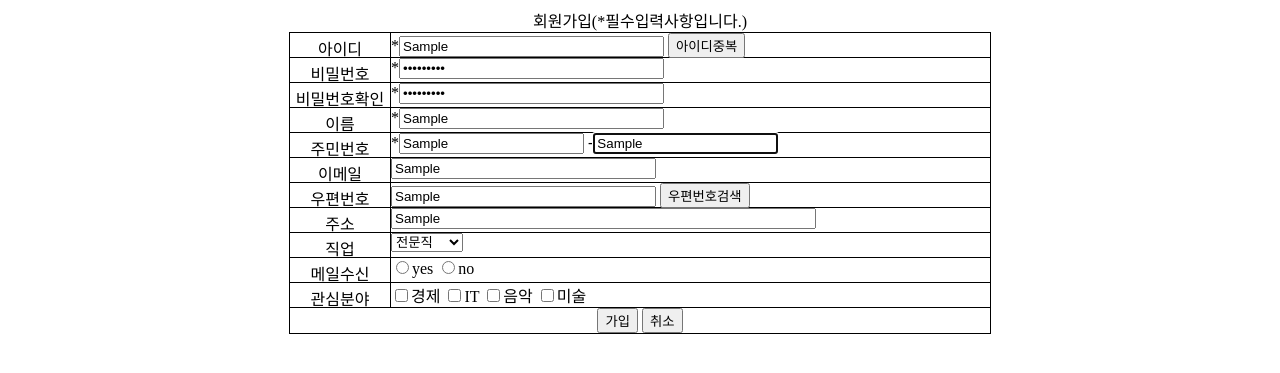
Repository: kms2413/project
Page: http://localhost/homepage/member/register.jsp
These files come from the project's save history. The page is drawn as it stood at one moment and after the next save; the edit follows.
The browser window is 1280 px wide. The pictures show the whole page.
Empty fields were first filled with sample values (such as "Sample", 5 or name@example.com).
After loading, the first visible `form.border_doc` was submitted once.
The page is served by Tomcat 9. Other server files are loaded and not shown.

Above is the page before, as saved 2014-09-15 01:29:25.

### homepage/WebContent/member/register.jsp
<%@ page language="java" contentType="text/html; charset=EUC-KR"
    pageEncoding="EUC-KR"%>
<!DOCTYPE html PUBLIC "-//W3C//DTD HTML 4.01 Transitional//EN" "http://www.w3.org/TR/html4/loose.dtd">
<html>
   <head>
      <meta http-equiv="Content-Type" content="text/html; charset=EUC-KR">
      <title>회원가입</title>
      <script type="text/javascript" src="script.js"></script>
      <link rel="stylesheet" type="text/css" href="style.css"/>
   </head>
   <body>
      <div align="center">
         <div>회원가입(*필수입력사항입니다.)</div>
         <form class=border_doc name="memberForm" action="registerOK.jsp" method="post" onsubmit="return registerForm(this)">
            <div class=border_div>
               <div class=border_box_left>아이디</div>
               <div class=border_box_right>
                  <span>*<input type="text" name="id"  size="30"/></span>
                  <span><input type="button" value="아이디중복" onclick="idCheck(memberForm)"></span>
               </div>
            </div>

            <div class=border_div>
               <div class=border_box_left>비밀번호</div>
               <div class=border_box_right>
                  <span>*<input type="password" name="password"  size="30"/></span>
               </div>
            </div>

            <div class=border_div>
               <div class=border_box_left>비밀번호확인</div>
               <div class=border_box_right>
                  <span>*<input type="password" name="passwordCheck"  size="30"/></span>
               </div>
            </div>

            <div class=border_div>
               <div class=border_box_left>이름</div>
               <div class=border_box_right>
                  <span>*<input type="text" name="name"  size="30"/></span>
               </div>
            </div>

            <div class=border_div>
               <div class=border_box_left>주민번호</div>
               <div class=border_box_right>
                  <span>*<input type="text" name="jumin1"  size="20"/></span>
                  <span>-<input type="text" name="jumin2"  size="20"/></span>
               </div>
            </div>

            <div class=border_div>
               <div class=border_box_left>이메일</div>
               <div class=border_box_right>
                  <span><input type="text" name="email"  size="30"/></span>
               </div>
            </div>

            <div class=border_div>
               <div class=border_box_left>우편번호</div>
               <div class=border_box_right>
                  <span><input type="text" name="zipcode"  size="30"/></span>
                  <span><input type="button" value="우편번호검색"></span>
               </div>
            </div>

            <div class=border_div>
               <div class=border_box_left>주소</div>
               <div class=border_box_right>
                  <span><input type="text" name="address"  size="50"/></span>
               </div>
            </div>

            <div class=border_div>
               <div class=border_box_left>직업</div>
               <div class=border_box_right>
                  <span>
                     <select name="job" style="width:60;">
                        <option value="sp">전문직</option>
                        <option value="engineer">엔지니어</option>
                        <option value="constructor">건설업</option>
                        <option value="student">학생</option>
                     </select>
                  </span>
               </div>
            </div>

            <div class=border_div>
               <div class=border_box_left>메일수신</div>
               <div class=border_box_right>
                  <span><input type="radio" name="mailing" value="yes"/>yes</span>
                  <span><input type="radio" name="mailing"  value="no"/>no</span>
               </div>

               <div class=border_box_left>관심분야</div>
               <div class=border_box_right>
                  <span><input type="checkbox" name="interestValue" value="경제"/>경제</span>
                  <span><input type="checkbox" name="interestValue" value="IT"/>IT</span>
                  <span><input type="checkbox" name="interestValue" value="음악"/>음악</span>
                  <span><input type="checkbox" name="interestValue" value="미술"/>미술</span>
                  <span><input type="hidden" name="interest"/></span>
               </div>
            </div>
            <div class="border_div">
               <span><input type="submit" value="가입"></span>
               <span><input type="reset" value="취소"></span>
            </div>
         </form>
      </div>
   </body>
</html>

### homepage/WebContent/member/script.js
/**
 *
 */

function registerForm(form) {
   //alert("OK");
   //id
   if (form.id.value == "") {
      alert("아이디를 작성하세요.");
      form.id.focus();
      return false;
   }
   //password
   if (form.password.value==""){
      alert("비밀번호를 작성하세요.");
      form.password.focus();
      return false;
   }
   if (form.password.value.length < 6) {
      alert("패스워드는 6글자 이상입니다.");
      form.password.focus();
      return false;
   }
   if (form.password.value != form.passwordCheck.value) {
      alert("패스워드가 일치하지않습니다.");
      form.passwordCheck.focus();
      return false;
   }
   //name
   if (form.name.value.length == "") {
      alert("이름을 정확히 입력하세요.");
      form.name.focus();
      return false;
   }
   //jumin
   if(form.jumin1.value.length != 6) {
      alert("주민번호 앞자리를 정확히 입력하세요.");
      form.jumin1.focus();
      return false;
   }
   if (form.jumin2.value.length != 7) {
      alert("주민번호 뒷자리를 정확히 입력하세요.");
      form.jumin2.focus();
      return false;
   }
   //email
   if (form.email.value.length == "") {
      alert("email 주소를 정확히 입력하세요.");
      form.email.focus();
      return false;
   }
   //zipcode
   if (form.zipcode.value.length == "") {
      alert("우편번호를 정확히 입력하세요.");
      form.zipcode.focus();
      return false;
   }
   //address
   if (form.address.value.length == "") {
      alert("주소를 정확히 입력하세요.");
      form.address.focus();
      return false;
   }
   //job
   if (form.job.value.length == "") {
      alert("직업을 선택하세요.");
      form.job.focus();
      return false;
   }

   var test = false;
   for (var i = 0; i < form.mailing.length; i++) {
      if (form.mailing[i].checked == true) test = true;
   }
   if (test == false) {
      alert("메일 여부를 선택하세요.");
      form.mailing[0].focus();
      return false;
   }

   var check = false;
   var str="";
   for (var i = 0; i < form.interestValue.length;i++) {
      if (form.interestValue[i].checked == true) {
         str += from.interestValue[i].value + ",";
         check = true;
      }
   }

   if (check == false) {
      alert("하나이상 체크해주세요.");
      form.interestValue[0].focus();
      return false;
   }

   form.interest.value = str;
}

function idCheck(memberForm) {
	if(memberForm.id.value==""){
		memberForm.id.focus();
		return false;
	}

	var url = "idCheck.jsp?id="  + memberForm.id.value;
	alert(url);
}

### homepage/WebContent/member/style.css
@CHARSET "EUC-KR";
.border_doc{
   width:700px;
   height:300px;
   border:solid 1px black;
}

.border_div{
   width:700px;
   height:25px;
   border:solid 0px green;
   margin:0px;
}

.border_box_left{
   width:100px;
   height:21px;
   text-align:center;
   border:solid 1px black;
   float:left;
   border-top-width:0px;
   border-right-width:0px;
   border-bottom-width:1px;
   border-left-width:0px;
   padding-top:3px;
}

.border_box_right{
   width:599px;
   height:24px;
   border:solid 1px black;
   float:right;
   border-top-width:0px;
   border-right-width:0px;
   border-bottom-width:1px;
   border-left-width:1px;
   text-align:left;
}

After the next save:
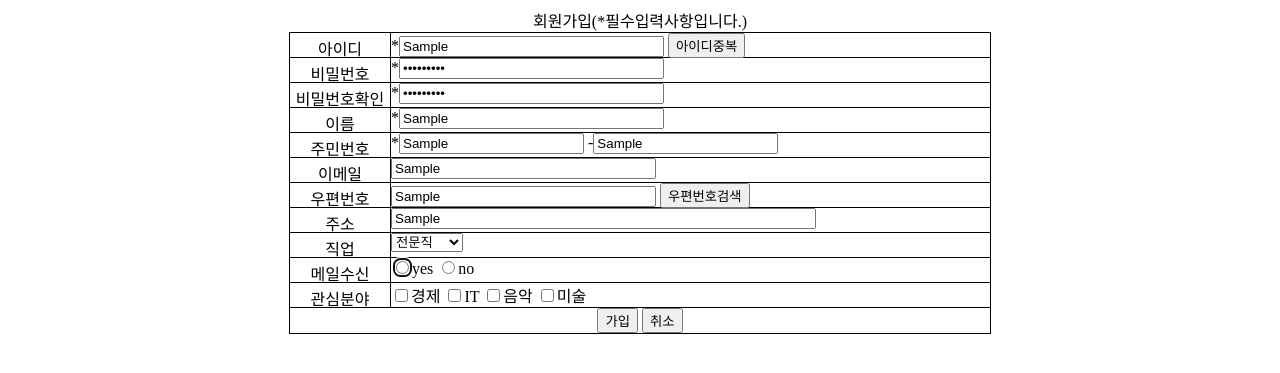
Saved 31 s later.
--- a/homepage/WebContent/member/script.js
+++ b/homepage/WebContent/member/script.js
@@ -3,7 +3,8 @@
  */
 
 function registerForm(form) {
-   //alert("OK");
+  /*
+	//alert("OK");
    //id
    if (form.id.value == "") {
       alert("아이디를 작성하세요.");
@@ -68,6 +69,8 @@ function registerForm(form) {
       return false;
    }
 
+   */
+
    var test = false;
    for (var i = 0; i < form.mailing.length; i++) {
       if (form.mailing[i].checked == true) test = true;
